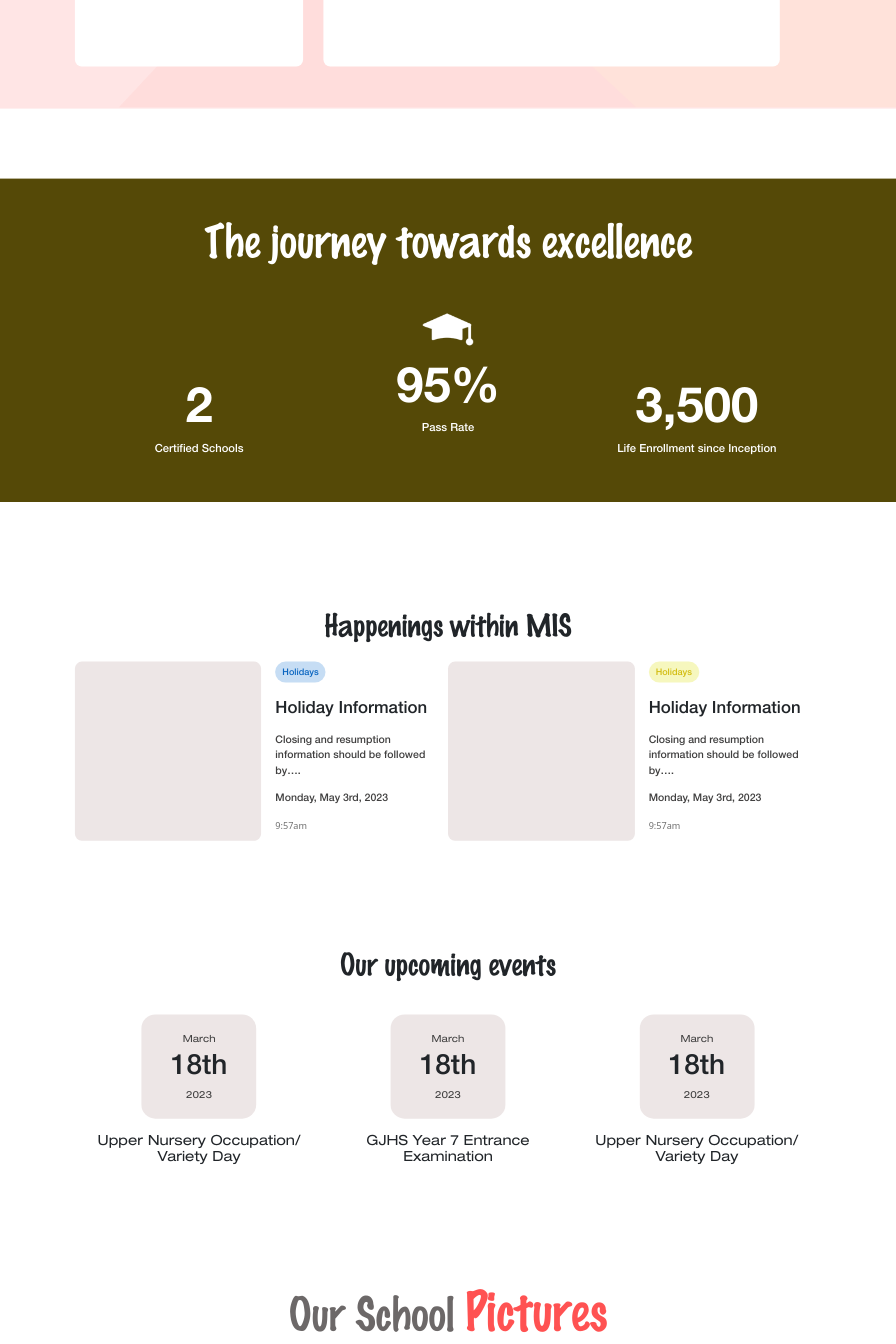
Repository: sarahnnanyelugo/MIGS
Page: /
The author's editor kept a copy of each file at every save. The page is drawn from the files as they stood at one save, then again after the next save.
The browser window is 1280 px wide. The pictures show the part of the page from y = 3803 to 5723 px (the page is 5723 px tall), at 70% of full size.
The project was rebuilt for these pictures with package versions that can differ from the ones it lists, and the page was loaded fresh each time.

Above is the page before, as saved 2023-05-30 14:19:28.

### src/index.js
import React from "react";
import ReactDOM from "react-dom/client";
import "./index.css";
import App from "./App";
import reportWebVitals from "./reportWebVitals";
import "bootstrap/dist/css/bootstrap.min.css";
import { BrowserRouter, Routes, Route, Link, Outlet } from "react-router-dom";
const root = ReactDOM.createRoot(document.getElementById("root"));
root.render(
  <BrowserRouter>
    <App />
  </BrowserRouter>
);

// If you want to start measuring performance in your app, pass a function
// to log results (for example: reportWebVitals(console.log))
// or send to an analytics endpoint. Learn more: https://bit.ly/CRA-vitals
reportWebVitals();

### src/App.js
import logo from "./logo.svg";
import "./App.scss";
import "bootstrap/dist/css/bootstrap.min.css";
import { BrowserRouter, Routes, Route, Link, Outlet } from "react-router-dom";
import Home from "./pages/Home/Home";
import ScrollToTop from "./components/scrollToTop";
import NavBar from "./components/NavBar/NavBar";
function App() {
  return (
    <>
      <ScrollToTop />
      <NavBar />
      <Routes>
        {" "}
        <Route path="/" element={<Home />} />
        {/* <Route path="tech-hub-page" element={<TechHub />} />
        <Route path="team-hire" element={<TeamHire />} />
        <Route path="hire-page" element={<HiringPage />} /> */}
      </Routes>
    </>
  );
}

export default App;

### src/App.scss
@font-face {
  font-family: maker;
  src: url(./assets/fonts/marker-felt/Marker-Felt.ttf);
}
@font-face {
  font-family: helveticaB;
  src: url(./assets/fonts/helvetica/HelveticaNeueBold.ttf);
}
@font-face {
  font-family: helveticaM;
  src: url(./assets/fonts/helvetica/HelveticaNeueMedium.ttf);
}
@font-face {
  font-family: helveticaR;
  // src: url(./assets/fonts/helvetica/HelveticaNeueRegular.ttf);
  src: url(./assets/fonts/helvetica/HelveticaNeue-Extended.otf);
}

h1,
h2,
h3,
h4,
h5,
h6 {
  font-family: maker;
}

### src/components/NavBar/NavBar.jsx
import React, { useEffect, useState, useRef } from "react";
import { Link, NavLink } from "react-router-dom";
import "./_navbar.scss";
import { useLocation } from "react-router-dom";
// import Icofont from "react-icofont";
import Logo from "../../assets/images/logo2.png";

function NavBar() {
  return (
    <>
      <div className="nav-container col-md-10 offset-md-1">
        {" "}
        <div className=" col-md-1 tech-logo-div">
          {" "}
          <img className="tech-logo" src={Logo} alt="Scholar" width="60%" />
        </div>
        <ul className="list-inline list-unstyled ">
          <li className="list-inline-item">
            <NavLink className="tech-links cool-link" to={"/"}>
              About
            </NavLink>
          </li>
          <li className="list-inline-item">
            <NavLink className="tech-links cool-link">Admission</NavLink>
          </li>
          <li className="list-inline-item">
            <NavLink className="tech-links cool-link">Academics</NavLink>
          </li>
          <li className="list-inline-item">
            <NavLink className="tech-links cool-link">IEC</NavLink>
          </li>{" "}
          <li className="list-inline-item">
            <NavLink className="tech-links cool-link">E-shop</NavLink>
          </li>
          <li className="list-inline-item">
            <NavLink className="tech-links cool-link">Gallery</NavLink>
          </li>
          <li className="list-inline-item">
            <button className="nav-btn">e-portal</button>
          </li>
        </ul>
      </div>
    </>
  );
}

export default NavBar;

### src/components/AppModal/AppModal.js
import "./_app-modal.scss";

// import ModalImg from "../../assets/read2.png";
// import SampleLogo from "../../assets/wellspring.png";

import React, { useEffect, useRef, useState } from "react";

export const AppModal = () => {
  const [showActive, setShowActive] = useState(false);
  const modalContainer = useRef(null);
  const bodyTag = useRef(null);

  useEffect(() => {
    setTimeout(() => {
      // modalContainer.addClass("two");
      // document.body.addClass("modal-active");
      setShowActive(true);
      // modalContainer.click(function () {
      // setShowActive(false);
      // this.addClass("out");
      // document.body.removeClass("modal-active");
      // });
    }, 2000);
  }, []);
  const setThisShowActive = () => {
    setShowActive(!showActive);
  };
  return (
    <>
      <div
        className={`col-md-2 my-app-modal-container ${
          showActive ? "modal-active" : ""
        }`}
      >
        <div
          ref={modalContainer}
          className={`col-md-12 ${showActive ? "two" : ""}`}
          id="modal-container"
        >
          <div className="modal-background col-md-12">
            <button onClick={setThisShowActive} className="close-btn">
              {/* <i class="icofont-close">x</i> */}X
            </button>

            <div className="modal col-md-10">
              <div className="col-md-12 ">
                <h2>Admission in progress</h2>
                <p>
                  Admission is currently on into Creche, Pre-school, Primary and
                  Secondary classes.
                </p>
                <buttton className="app-btn col-md-12">Apply Now</buttton>
              </div>{" "}
            </div>
          </div>
        </div>
      </div>
    </>
  );
};

### src/pages/Home/home.scss
@import "../../variables";
@import "../../shared-styles";
.landing-img {
  position: relative;
  text-align: left;
  color: #fff;
  height: 800px;
  background-color: grey;
}
.centered {
  position: absolute;
  top: 50%;
  left: 20%;

  transform: translate(-50%, -50%);
  h1 {
    font-size: 114px !important;
  }
}
.welcome-header {
  color: #707070;

  h1 {
    font-size: 60px;
  }
}
.welcome-paragraph {
  p {
    color: #707070;
    font-family: helveticaM;
  }
}
.welcome-div {
  height: 800px;
  background: url("../../assets/images/curly.png");
  background-size: contain;
  background-repeat: no-repeat;
}
.section-div {
  margin-top: -280px;

  h1 {
    font-size: 60px;
    color: #707070;
  }
}
.sections-container {
  position: relative;
  text-align: center;
  margin-bottom: 50px;
  border-radius: 10px;
  height: 358px;
}
.bottom-left {
  position: absolute;
  bottom: 8px;
  left: 16px;
}
.early-years {
  background: #ff5252;
  color: #fff;
}
.primary {
  background: #f2e15f;
  color: #000;
}
.special {
  background: #838383;
  color: #fff;
}
.junior {
  background: #2ebbef;
  color: #fff;
}
.senior {
  background: #30eaa9;
  color: #000;
}
.birthright-div {
  background: url("../../assets/images/pink-bg.png");
  background-size: cover;
  background-repeat: no-repeat;
  padding: 60px 0;
  margin: 100px 0;
  h1 {
    margin-bottom: 20px;
  }
  span {
    color: $red;
    font-size: 60px;
  }
  color: #707070;
  p {
    font-family: helveticaM;
    margin-bottom: 100px;
  }
  .img-div {
    height: 487px;
    border-radius: 10px;
    background: #fff;
  }
}
.stats-div {
  background: #554907;
  padding: 50px 0;
  h1 {
    color: #fff;
    font-size: 60px;
    // margin-bottom: 40px;
  }
  .stats {
    h1 {
      color: #fff;
      font-size: 70px;
      font-family: helveticaB;
    }
    p {
      color: #fff;
      font-family: helveticaM;
    }
  }
}
.news-div {
  margin-bottom: 50px;
  .img-div2 {
    background: #ede6e6;
    border-radius: 10px;
    height: 256px;
  }
  .news-details {
    padding: 0 0 0 20px;
    h4 {
      font-family: helveticaM;
      margin: 20px 0;
    }
    button {
      border: none;
      width: 72px;
      height: 30px;
      font-size: 13px;
      font-family: helveticaM;
      border-radius: 35px;
    }
    p {
      font-family: helveticaM;
      color: #414040;
      font-size: 15px;
    }
    small {
      font-size: 13px;
      color: #707070;
    }
    .holidays {
      background: #c6ddf4;
      color: #0b66c1;
    }
    .events {
      background: #f6f7be;
      color: #d3bd13;
    }
  }
}
.events-container {
  height: 149px;
  background: #ede6e6;
  width: 164px;
  border-radius: 20px;
  padding-top: 22px;
  h1 {
    font-family: helveticaM;
  }
  small {
    font-family: helveticaR;
    color: #414040;
  }
}
.upcoming-div {
  p {
    font-family: helveticaR;
    font-size: 20px;
    margin-top: 20px;
    line-height: 22px;
  }
}
.pictures-container {
  h1 {
    font-size: 60px;
    color: #6c6868;
  }
  span {
    font-size: 70px;
    color: $red;
  }
}

### src/pages/Home/Events.js
import React from "react";

function Events({ day, year, month }) {
  return (
    <div className="events-container">
      <center>
        <small>{month}</small>
        <h1>{day}</h1>
        <small>{year}</small>
      </center>
    </div>
  );
}

export default Events;

### src/components/NavBar/_navbar.scss
@import "../../variables";
@import "../../shared-styles";

.nav-container {
  display: flex;
  padding-top: 20px;
  position: relative;
  z-index: 2 !important;
  padding-bottom: 0;
  height: 90px;
  background-color: #fff !important;
  ul li {
    margin-top: 0px !important;
  }
  .nav-btn {
    @include app-btn;
    padding: 8px 40px;
    // margin-top: 0 !important;
    border: none;
  }
  .tech-logo-div {
    flex-grow: 1 !important;
    margin-top: -10px;
  }
  .tech-links {
    color: #000;
    text-decoration: none;
    font-family: helveticaM;
    margin: 0px 28px !important;
    &:hover {
      color: $red;
    }
  }
}

### src/components/AppModal/_app-modal.scss
@import "../../variables";
@import "../../shared-styles";

.my-app-modal-container {
  position: relative;
  z-index: 3000 !important;
  .close-btn {
    right: 39% !important;
    background: grey !important;
    border-radius: 100%;
    position: relative;
    float: right;
    height: 30px !important;
    width: 30px !important;
    font-size: 15px;
    font-weight: bold;
    color: #fff !important;
    margin-top: -25px;

    background: transparent;
    border: none;
    z-index: 4000;
    &:hover {
      color: $lightblue !important;
    }
    @media screen and (max-width: 620px) {
      right: 5% !important;
      margin-top: 20px;
    }
  }
  * {
    box-sizing: border-box;
  }

  html,
  body,
  .my-app-modal-container {
    min-height: 100%;
    height: 100%;

    &.modal-active {
      overflow: hidden;
    }
  }

  #modal-container {
    position: fixed;
    display: table;
    height: 100%;
    width: 100%;
    top: 0;
    left: 0;
    transform: scale(0);
    z-index: 1;

    &.two {
      transform: scale(1);
      .modal-background {
        background: rgba(0, 0, 0, 0);
        animation: fadeIn 0.5s cubic-bezier(0.165, 0.84, 0.44, 1) forwards;
        .modal {
          opacity: 0;
          animation: scaleUp 1s cubic-bezier(0.165, 0.84, 0.44, 1) forwards;
          background: #fff !important;
          border-radius: 10px;
          width: 25%;
          height: 70%;
          top: 0px;
          padding: 20px;
          @media screen and (max-width: 620px) {
            height: fit-content;
            width: 90%;
            top: 70px;
          }
          color: black;

          p {
            text-align: center !important;
            font-family: helveticaM;
            font-size: 14px;
          }
          h2 {
            font-family: helveticaB;
          }
        }
      }
      + .content {
        animation: scaleBack 0.5s cubic-bezier(0.165, 0.84, 0.44, 1) forwards;
      }
      &.out {
        animation: quickScaleDown 0s 0.5s linear forwards;
        .modal-background {
          animation: fadeOut 0.5s cubic-bezier(0.165, 0.84, 0.44, 1) forwards;
          .modal {
            animation: scaleDown 0.5s cubic-bezier(0.165, 0.84, 0.44, 1)
              forwards;
          }
        }
        + .content {
          animation: scaleForward 0.5s cubic-bezier(0.165, 0.84, 0.44, 1)
            forwards;
        }
      }
    }

    .modal-background {
      display: table-cell;
      background: rgba(0, 0, 0, 0.6);
      text-align: center;
      vertical-align: middle;
      .modal {
        background: white;
        padding: 30px 0;
        display: inline-block;
        position: relative;

        .modal-svg {
          position: absolute;
          top: 0;
          left: 0;
          height: 100%;
          width: 100%;
          border-radius: 3px;
          rect {
            stroke: #fff;
            stroke-width: 2px;
            stroke-dasharray: 778;
            stroke-dashoffset: 778;
          }
        }
      }
    }
  }

  @keyframes unfoldIn {
    0% {
      transform: scaleY(0.005) scaleX(0);
    }
    50% {
      transform: scaleY(0.005) scaleX(1);
    }
    100% {
      transform: scaleY(1) scaleX(1);
    }
  }

  @keyframes unfoldOut {
    0% {
      transform: scaleY(1) scaleX(1);
    }
    50% {
      transform: scaleY(0.005) scaleX(1);
    }
    100% {
      transform: scaleY(0.005) scaleX(0);
    }
  }

  @keyframes zoomIn {
    0% {
      transform: scale(0);
    }
    100% {
      transform: scale(1);
    }
  }

  @keyframes zoomOut {
    0% {
      transform: scale(1);
    }
    100% {
      transform: scale(0);
    }
  }

  @keyframes fadeIn {
    0% {
      background: rgba(0, 0, 0, 0);
    }
    100% {
      background: rgba(0, 0, 0, 0.7);
    }
  }

  @keyframes fadeOut {
    0% {
      background: rgba(0, 0, 0, 0.7);
    }
    100% {
      background: rgba(0, 0, 0, 0);
    }
  }

  @keyframes scaleUp {
    0% {
      transform: scale(0.8) translateY(1000px);
      opacity: 0;
    }
    100% {
      transform: scale(1) translateY(0px);
      opacity: 1;
    }
  }

  @keyframes scaleDown {
    0% {
      transform: scale(1) translateY(0px);
      opacity: 1;
    }
    100% {
      transform: scale(0.8) translateY(1000px);
      opacity: 0;
    }
  }

  @keyframes scaleBack {
    0% {
      transform: scale(1);
    }
    100% {
      transform: scale(0.85);
    }
  }

  @keyframes scaleForward {
    0% {
      transform: scale(0.85);
    }
    100% {
      transform: scale(1);
    }
  }

  @keyframes quickScaleDown {
    0% {
      transform: scale(1);
    }
    99.9% {
      transform: scale(1);
    }
    100% {
      transform: scale(0);
    }
  }

  @keyframes slideUpLarge {
    0% {
      transform: translateY(0%);
    }
    100% {
      transform: translateY(-100%);
    }
  }

  @keyframes slideDownLarge {
    0% {
      transform: translateY(-100%);
    }
    100% {
      transform: translateY(0%);
    }
  }

  @keyframes moveUp {
    0% {
      transform: translateY(150px);
    }
    100% {
      transform: translateY(0);
    }
  }

  @keyframes moveDown {
    0% {
      transform: translateY(0px);
    }
    100% {
      transform: translateY(150px);
    }
  }

  @keyframes blowUpContent {
    0% {
      transform: scale(1);
      opacity: 1;
    }
    99.9% {
      transform: scale(2);
      opacity: 0;
    }
    100% {
      transform: scale(0);
    }
  }

  @keyframes blowUpContentTwo {
    0% {
      transform: scale(2);
      opacity: 0;
    }
    100% {
      transform: scale(1);
      opacity: 1;
    }
  }

  @keyframes blowUpModal {
    0% {
      transform: scale(0);
    }
    100% {
      transform: scale(1);
    }
  }

  @keyframes blowUpModalTwo {
    0% {
      transform: scale(1);
      opacity: 1;
    }
    100% {
      transform: scale(0);
      opacity: 0;
    }
  }

  @keyframes roadRunnerIn {
    0% {
      transform: translateX(-1500px) skewX(30deg) scaleX(1.3);
    }
    70% {
      transform: translateX(30px) skewX(0deg) scaleX(0.9);
    }
    100% {
      transform: translateX(0px) skewX(0deg) scaleX(1);
    }
  }

  @keyframes roadRunnerOut {
    0% {
      transform: translateX(0px) skewX(0deg) scaleX(1);
    }
    30% {
      transform: translateX(-30px) skewX(-5deg) scaleX(0.9);
    }
    100% {
      transform: translateX(1500px) skewX(30deg) scaleX(1.3);
    }
  }

  @keyframes sketchIn {
    0% {
      stroke-dashoffset: 778;
    }
    100% {
      stroke-dashoffset: 0;
    }
  }

  @keyframes sketchOut {
    0% {
      stroke-dashoffset: 0;
    }
    100% {
      stroke-dashoffset: 778;
    }
  }

  @keyframes modalFadeIn {
    0% {
      background-color: transparent;
    }
    100% {
      background-color: white;
    }
  }

  @keyframes modalFadeOut {
    0% {
      background-color: white;
    }
    100% {
      background-color: transparent;
    }
  }

  @keyframes modalContentFadeIn {
    0% {
      opacity: 0;
      top: -20px;
    }
    100% {
      opacity: 1;
      top: 0;
    }
  }

  @keyframes modalContentFadeOut {
    0% {
      opacity: 1;
      top: 0px;
    }
    100% {
      opacity: 0;
      top: -20px;
    }
  }

  @keyframes bondJamesBond {
    0% {
      transform: translateX(1000px);
    }
    80% {
      transform: translateX(0px);
      border-radius: 75px;
      height: 75px;
      width: 75px;
    }
    90% {
      border-radius: 3px;
      height: 182px;
      width: 247px;
    }
    100% {
      border-radius: 3px;
      height: 162px;
      width: 227px;
    }
  }

  @keyframes killShot {
    0% {
      transform: translateY(0) rotate(0deg);
      opacity: 1;
    }
    100% {
      transform: translateY(300px) rotate(45deg);
      opacity: 0;
    }
  }

  @keyframes fadeToRed {
    0% {
      background-color: rgba(black, 0.6);
    }
    100% {
      background-color: rgba(red, 0.8);
    }
  }

  @keyframes slowFade {
    0% {
      opacity: 1;
    }
    99.9% {
      opacity: 0;
      transform: scale(1);
    }
    100% {
      transform: scale(0);
    }
  }
}

### src/_variables.scss
$yellow: rgb(255, 210, 16);
$red: #ff5252;
$skyblue: rgb(83, 180, 242);
$lightblue: rgb(12, 99, 177);
$lightblue2: rgb(12, 88, 160);
$lighterblue: rgb(211, 236, 252);
$deepblue2: rgb(0, 79, 157);
$mainblue: rgb(1, 71, 141);

@mixin app-btn {
  color: #fff;
  border-radius: 35px;
  padding: 8px 130px;
  font-size: 14px;
  background: $red;

  font-family: helveticaM;
  &:hover {
    background: #c90e0e;
    transition: 0.5s ease;
  }
}

### src/_shared-styles.scss
@import "./variables";

@media screen and (max-width: 620px) {
  .flexyM {
    display: flex !important;
  }
  .side-menu {
    display: none !important;
  }
  .page-body {
    padding: 20px;
  }

  .dn {
    display: none;
  }
  .holder img {
    height: 200px;
    margin-top: 40px !important;
  }
  .overlay {
    bottom: -30px !important;
  }
  .m-margin {
    margin-top: 0 !important;
    margin-bottom: 0 !important;
  }
  .navigations {
    display: none;
  }
  .breadcrum {
    margin-top: 350px !important;
  }
}
@media screen and (min-width: 620px) {
  .flexy {
    display: flex;
  }
  .spread {
    display: flex;
  }
  // {
  //   display:none;
  // }
}

/* Container needed to position the overlay. Adjust the width as needed */
.holder {
  position: relative;
  width: 100%;
}

.side-nav2 {
  @media screen and (max-width: 620px) {
    padding: 0 10px 0;
  }
}
.br {
  border-radius: 10px;
}
.mt1 {
  margin-top: 10px;
}
.mt2 {
  margin-top: 20px;
}
.mt3 {
  margin-top: 30px;
}
.mt4 {
  margin-top: 40px;
}
.mt5 {
  margin-top: 50px;
}
.mt6 {
  margin-top: 60px;
}
.mt7 {
  margin-top: 70px;
}
.mt8 {
  margin-top: 80px;
}
.mt9 {
  margin-top: 90px;
}
.mt {
  margin-top: 120px;
}
.mtt {
  margin-top: 150px;
}
.mr1 {
  margin-right: 10px;
}
.mr2 {
  margin-right: 20px;
}
.mr3 {
  margin-right: 30px;
}
.mr4 {
  margin-right: 40px;
}
.mr5 {
  margin-right: 50px;
}
.mr6 {
  margin-right: 60px;
}
.mr7 {
  margin-right: 70px;
}
.mb1 {
  margin-bottom: 10px;
}
.mb2 {
  margin-bottom: 20px;
}
.mb3 {
  margin-bottom: 30px;
}
.mb4 {
  margin-bottom: 40px;
}
.mb5 {
  margin-bottom: 50px;
}
.mb6 {
  margin-bottom: 60px;
}
.ml2 {
  margin-left: 20px;
}
.ml3 {
  margin-left: 30px;
}
.ml4 {
  margin-left: 40px;
}
.ml5 {
  margin-left: 50px;
}
.ml6 {
  margin-left: 60px;
}

.app-btn {
  @include app-btn;
  width: 100% !important;
}
.tac {
  text-align: center;
}
.normal-link {
  font-family: helveticaM;
  color: black !important;
  text-decoration: none;
}

Loaded but not shown: public/index.html (common file); src/index.css (common file); src/reportWebVitals.js (common file); src/components/scrollToTop.js (common file); src/pages/Home/Home.js (332 lines, source omitted)

After the next save:
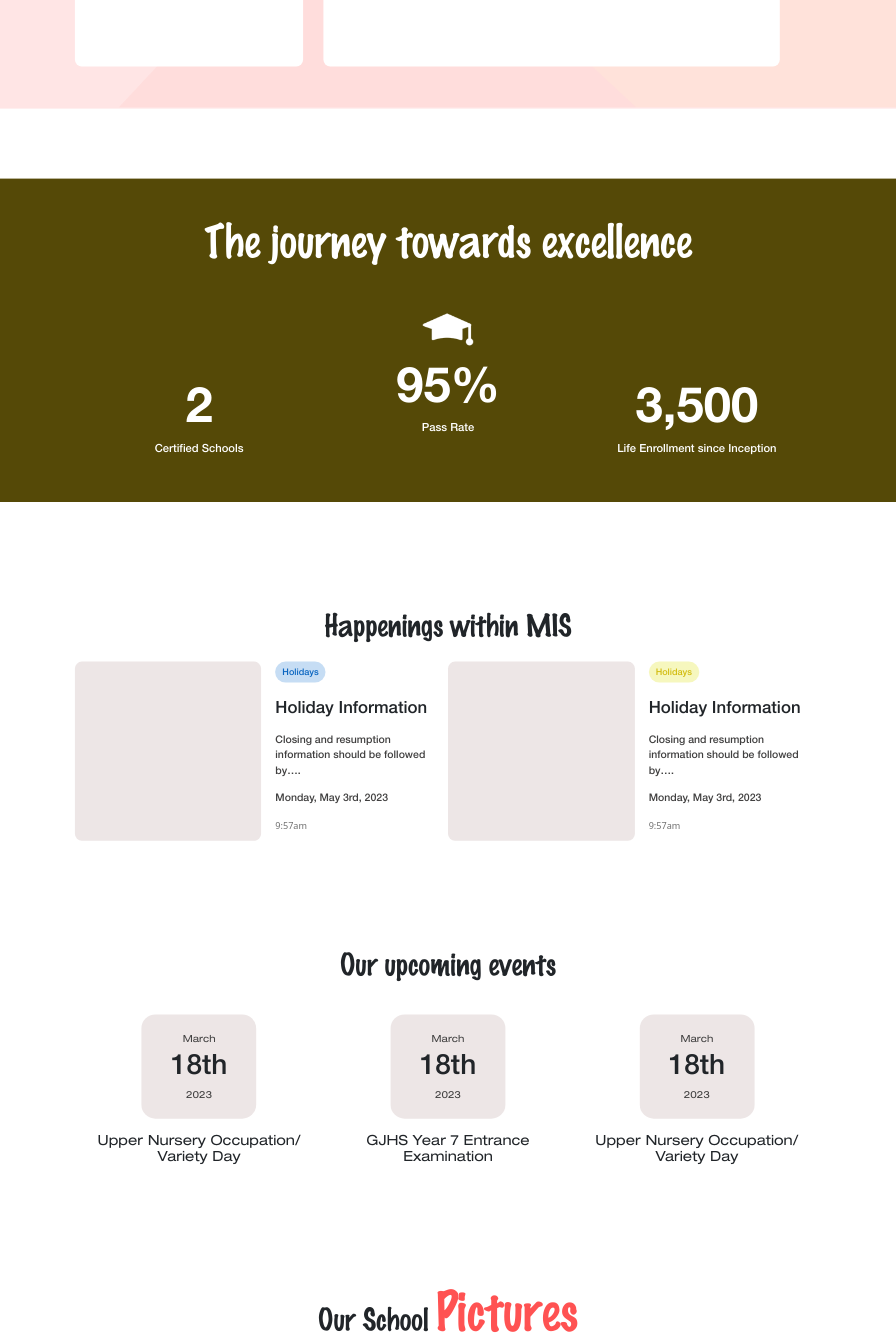
Saved 28 s later.
--- a/src/pages/Home/home.scss
+++ b/src/pages/Home/home.scss
@@ -183,7 +183,7 @@
   }
 }
 .pictures-container {
-  h1 {
+  background:fbe5e5 h1 {
     font-size: 60px;
     color: #6c6868;
   }
